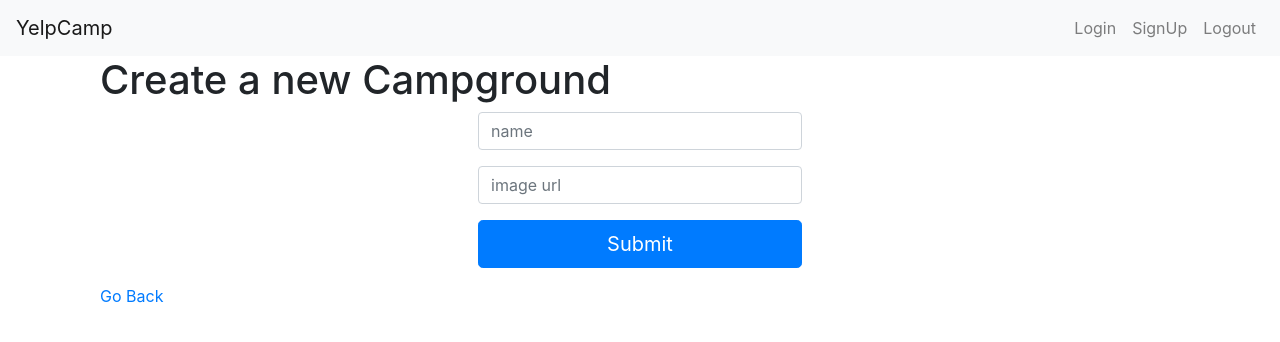
Repository: ninad1999/Yelp-Camp
Page: http://localhost/campgrounds/new
The author's editor kept a record of every edit. The page is drawn from the files as they stood at one moment, then again after the next edit.
The browser window is 1280 px wide. The pictures show the whole page.
The page is served by the project's Node server (V1/app.js).

Above is the page before.

After the next edit:
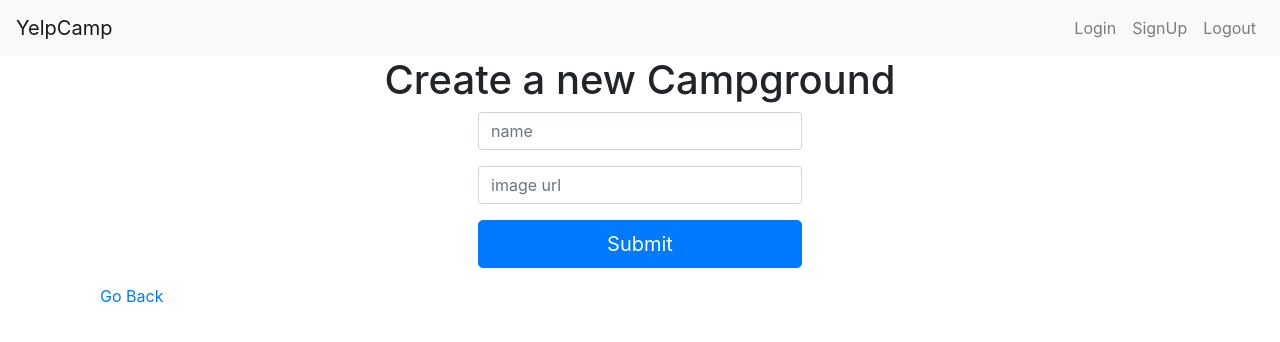
The edit:
--- a/workspace/V1/views/new.ejs
+++ b/workspace/V1/views/new.ejs
@@ -2,7 +2,7 @@
 
 <div class="container">
     <div class="col-md-12">
-        <h1>Create a new Campground</h1>
+        <h1 style="text-align: center;">Create a new Campground</h1>
         <div style="width: 30%; margin: 0 auto">
             <form action="/campgrounds" method="POST">
                 <div class="form-group">
